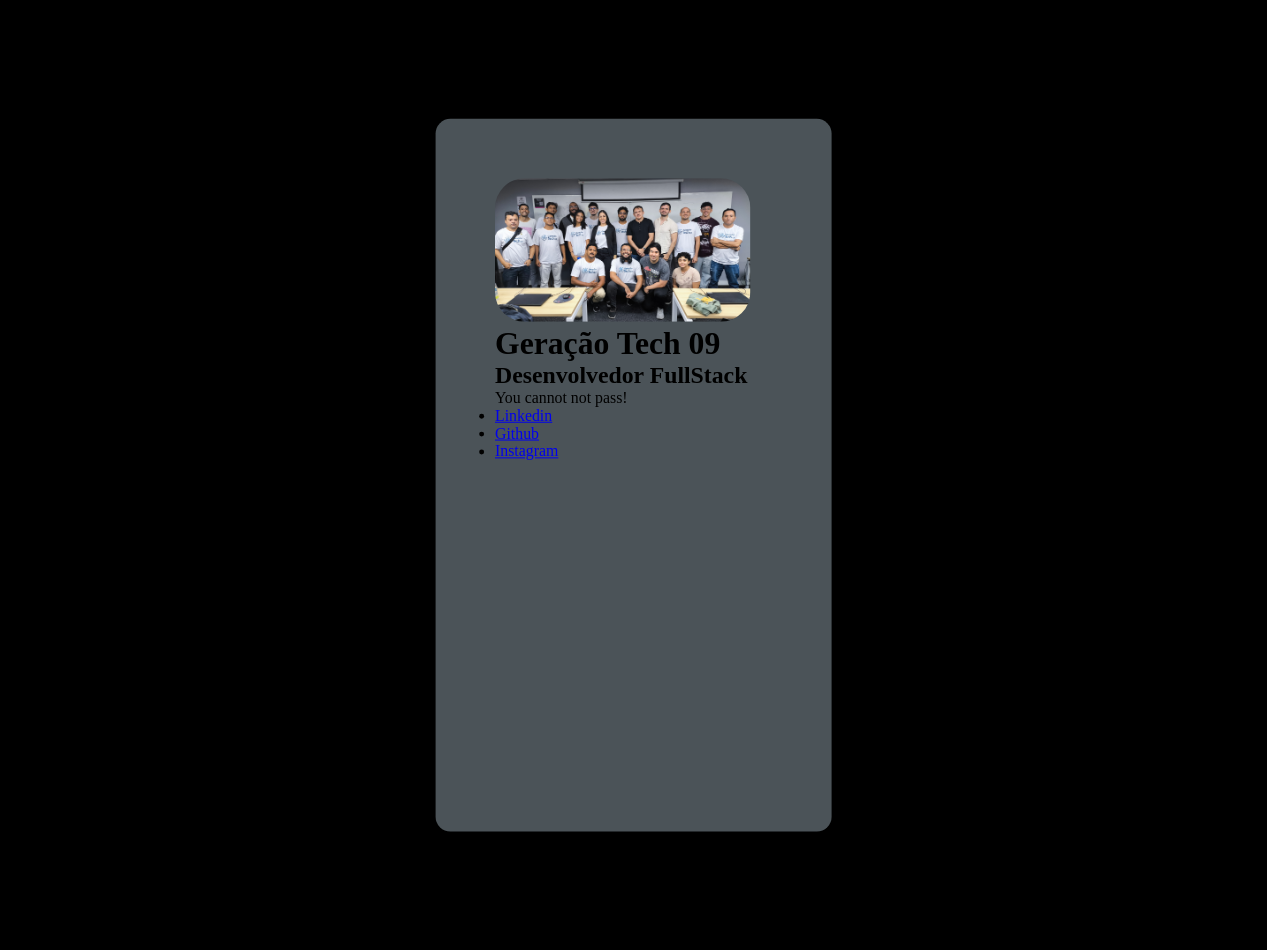
Repository: geracao-09/linktree-gt9
Page: index.html
These files come from the project's save history. The page is drawn as it stood at one moment and after the next save; the edit follows.
The browser window is 1280 px wide. The pictures show the whole page, at 99% of full size.

Above is the page before, as saved 2025-04-10 11:26:56.

After the next save:
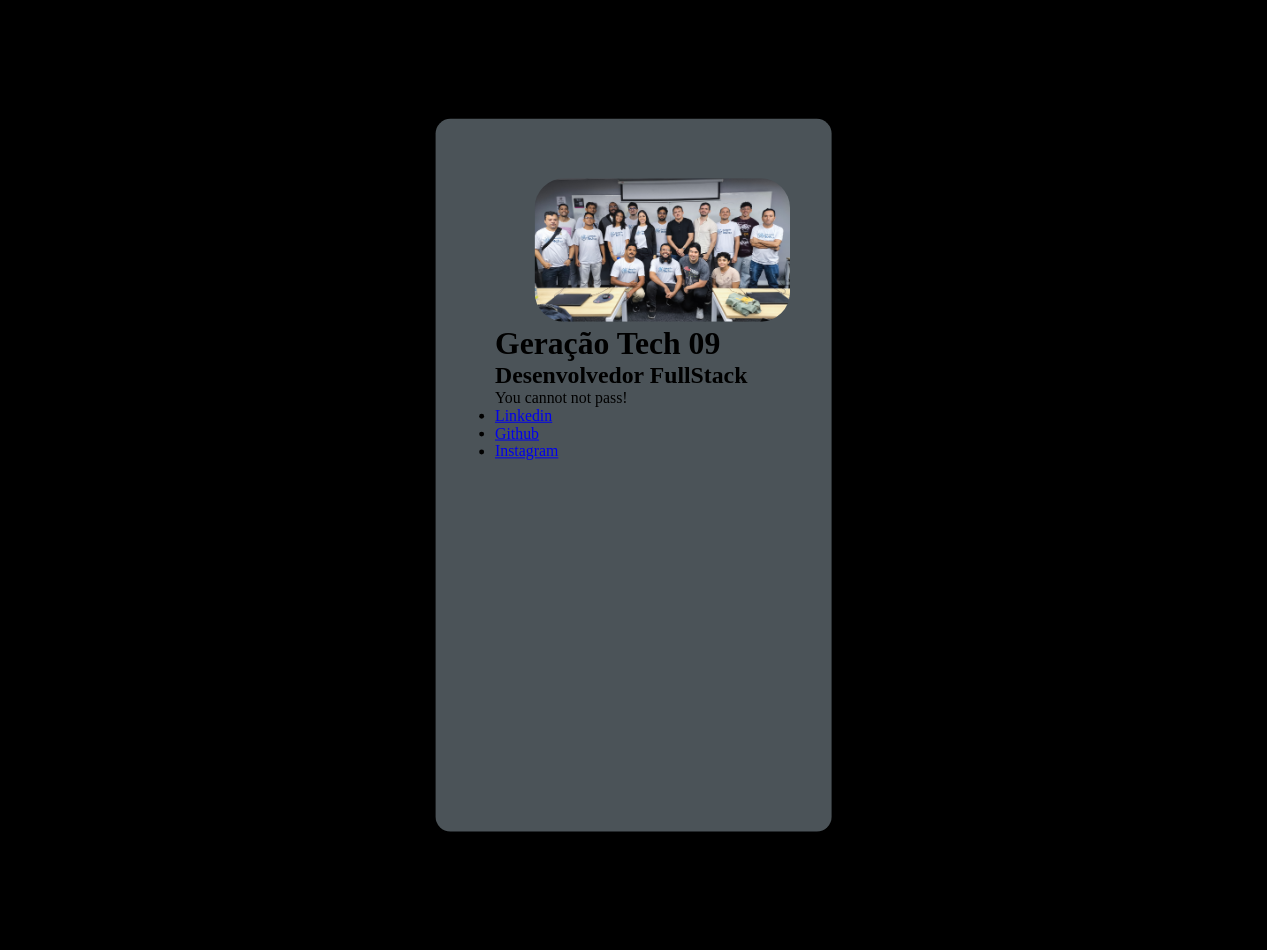
Saved 4 s later.
--- a/style.css
+++ b/style.css
@@ -19,7 +19,7 @@
 }
 
 .container-image img {
-margin: 0 ;
+margin: 0 40px;
   width: 258px;
   border-radius: 30px;
 }

After the save that followed:
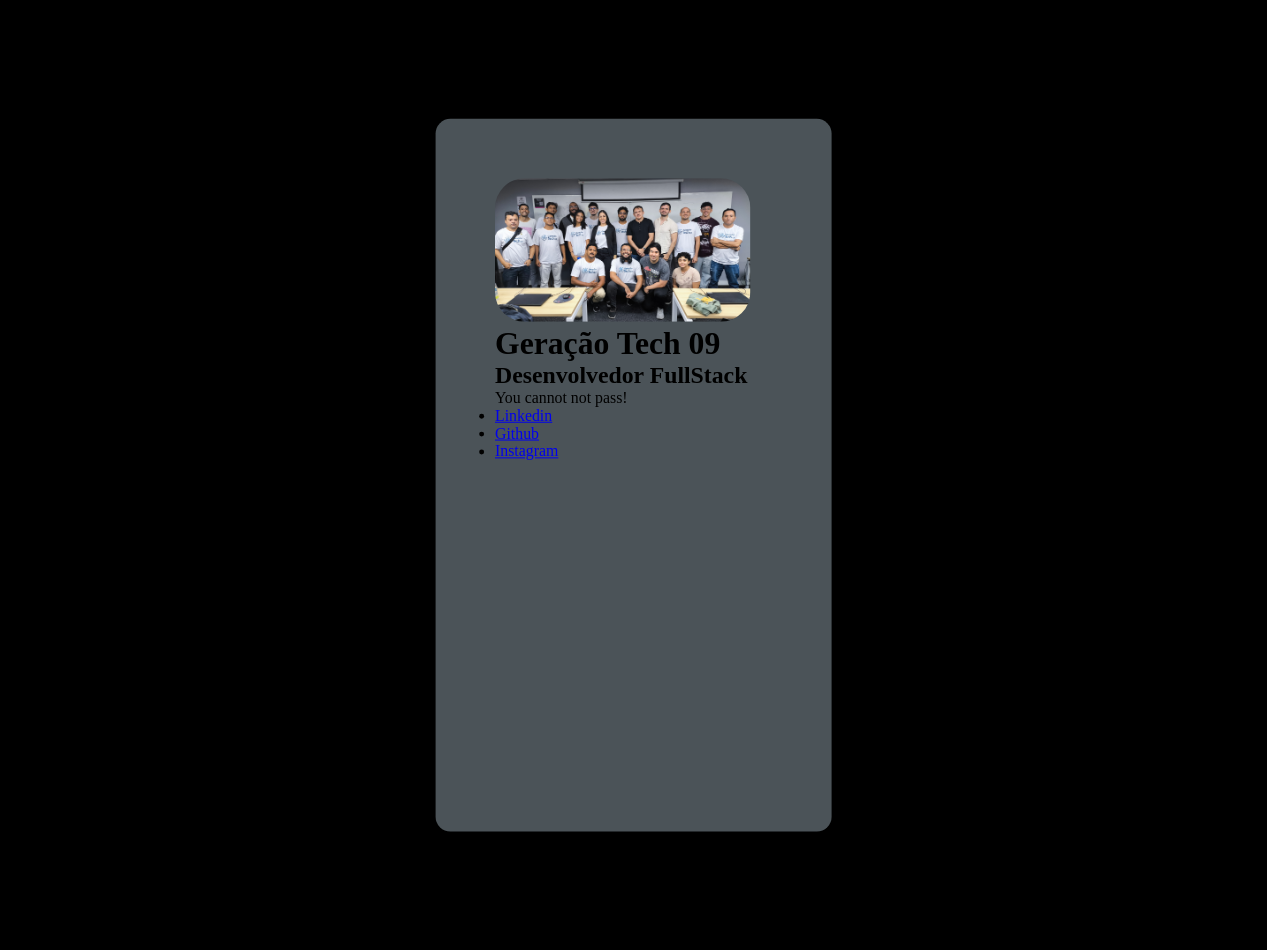
Saved 3 min 12 s later.
--- a/style.css
+++ b/style.css
@@ -19,7 +19,6 @@
 }
 
 .container-image img {
-margin: 0 40px;
   width: 258px;
   border-radius: 30px;
 }
